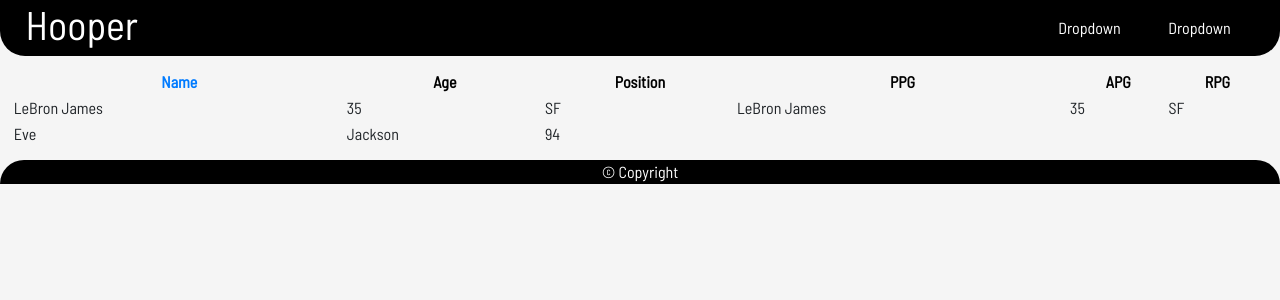
Repository: vlasarte/Hooper
Page: index.html
The author's editor kept a copy of each file at every save. The page is drawn from the files as they stood at one save, then again after the next save.
The browser window is 1280 px wide. The pictures show the whole page.

Above is the page before, as saved 2020-02-18 23:12:28.

After the next save:
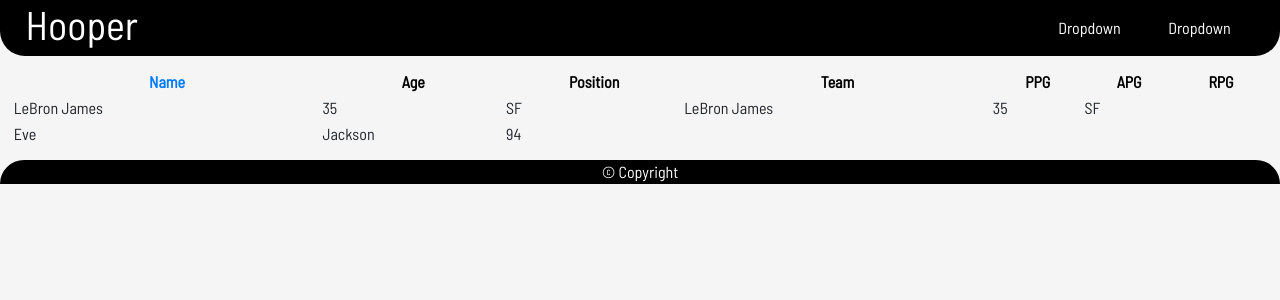
Saved 45 s later.
--- a/index.html
+++ b/index.html
@@ -42,6 +42,7 @@
                     <th><a href="">Name</a></th>
                     <th>Age</th>
                     <th>Position</th>
+                    <th>Team</th>
                     <th>PPG</th>
                     <th>APG</th>
                     <th>RPG</th>
